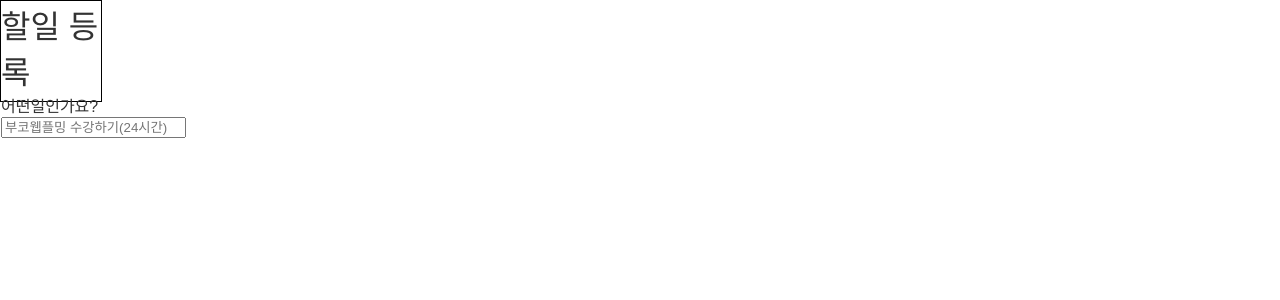
Repository: JmKanmo/BoostCourse_WebProgramming
Page: http://localhost/Todo/todoForm.jsp
An editor plug-in stored every save of this project. The page is shown before and after the next save, followed by the edit.
The browser window is 1280 px wide. The pictures show the whole page.
The page is served by Tomcat 9.

Above is the page before, as saved 2020-01-20 14:16:53.

After the next save:
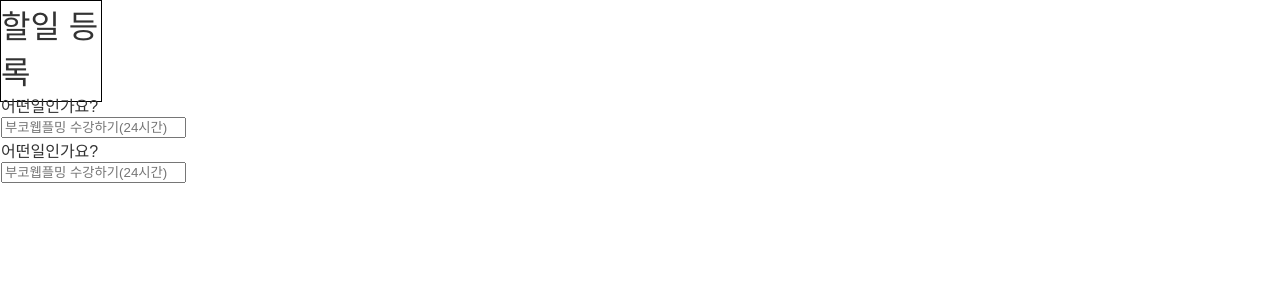
Saved 4 min 32 s later.
--- a/Todo/src/main/webapp/todoForm.jsp
+++ b/Todo/src/main/webapp/todoForm.jsp
@@ -14,8 +14,9 @@
 			<h1 class="title">할일 등록</h1>
 
 			<label for="work">어떤일인가요?</label> <input type="text" id="work"
-				class="workform" placeholder="부코웹플밍 수강하기(24시간)" required />
-
+				class="workInput" placeholder="부코웹플밍 수강하기(24시간)" required /> <label
+				for="work">어떤일인가요?</label> <input type="text" id="work"
+				class="workInput" placeholder="부코웹플밍 수강하기(24시간)" required />
 
 		</form>
 	</div>
